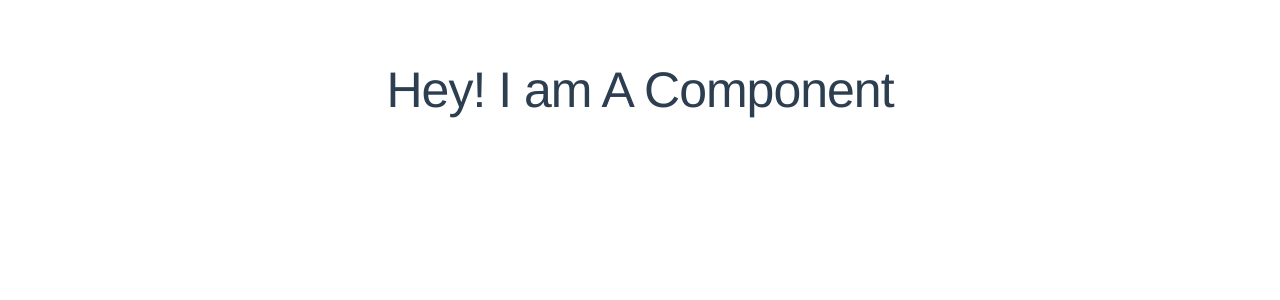
Repository: chsvk/Vue-JS-Course
Page: /
The author's editor kept a copy of each file at every save. The page is drawn from the files as they stood at one save, then again after the next save.
The browser window is 1280 px wide. The pictures show the whole page.
The project was rebuilt for these pictures with package versions that can differ from the ones it lists, and the page was loaded fresh each time.

Above is the page before, as saved 2019-03-12 20:30:17.

After the next save:
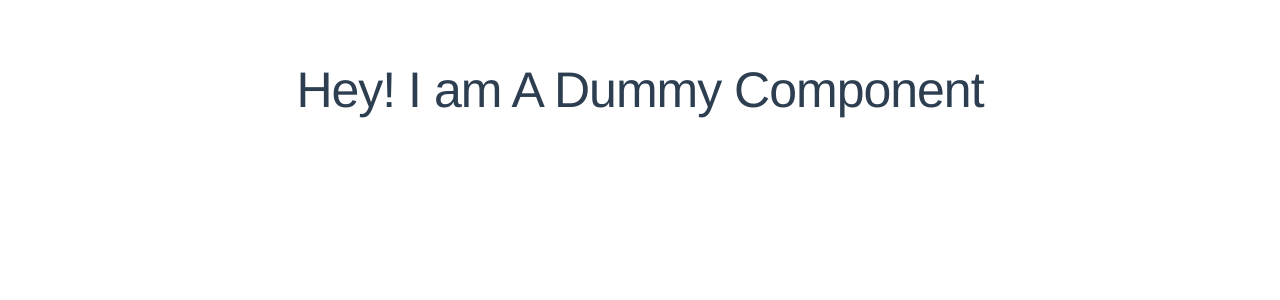
Saved 6 s later.
--- a/src/components/Dummy.vue
+++ b/src/components/Dummy.vue
@@ -1,5 +1,5 @@
 <template>
-    <h1>Hey! I am A Component</h1>
+    <h1>Hey! I am A Dummy Component</h1>
 </template>
 
 <script>
